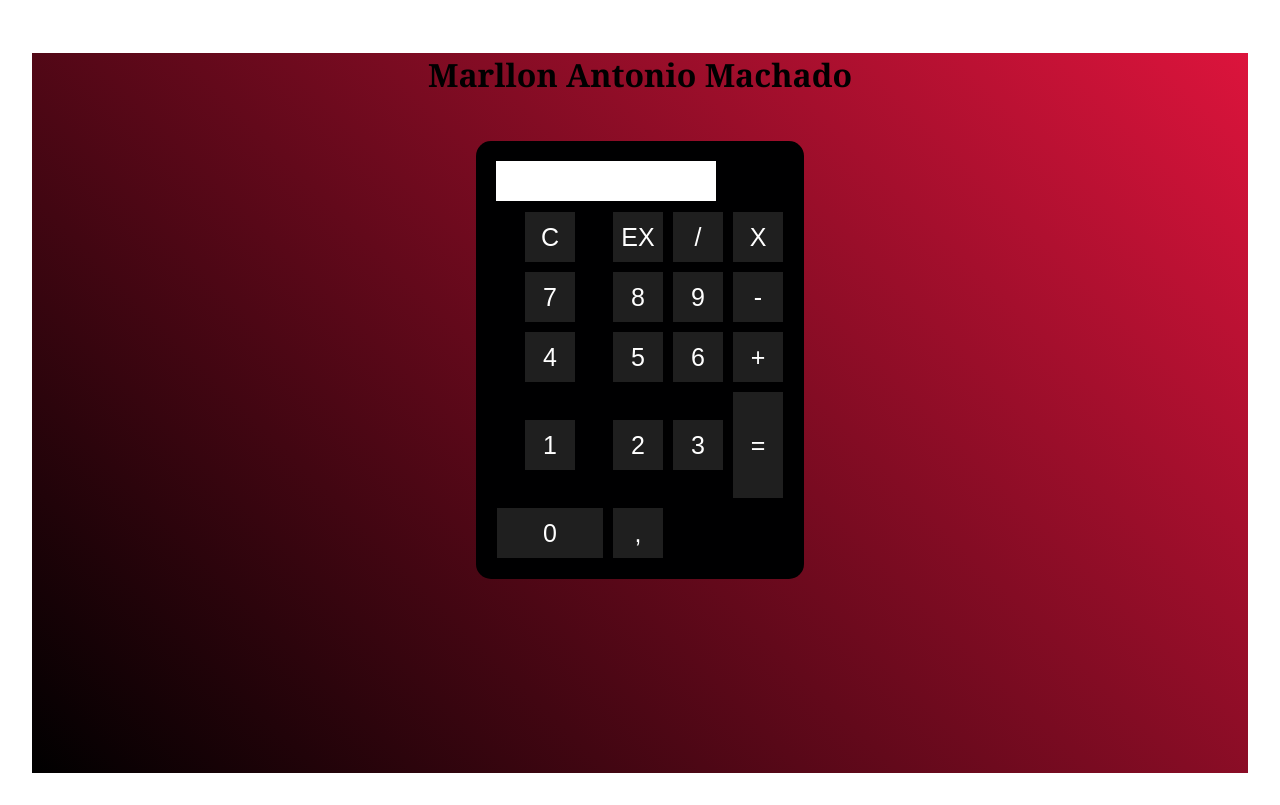
Repository: marllon-hetzler/calculadora.js
Page: interface.html
An editor plug-in stored every save of this project. The page is shown before and after the next save, followed by the edit.
The browser window is 1280 px wide. The pictures show the whole page.

Above is the page before, as saved 2022-11-04 19:52:10.

### interface.html
<!DOCTYPE html>
<html lang="en">
<head>
    <meta charset="UTF-8">
    <meta http-equiv="X-UA-Compatible" content="IE=edge">
    <meta name="viewport" content="width=, initial-scale=1.0">
    <title>Document</title>
</head>

    <style>
        body{
            margin: 1rem;
            padding: 1rem;
        }
        .fundo{
            background-image:linear-gradient(45deg,black,crimson);
            height:100vh;
            color: #fff;
            font-family: Georgia, 'Times New Roman', Times, serif;
            font-weight: bold;
            text-align: center;

        }
        .calculadora{
            position:absolute;
            background-color: rgba(0,0,0.8);
            top:50%;
            left: 50%;
            transform:translate(-50%,-50%) ;
            border-radius: 15px;
            padding: 15px;


        }
        .botao{
            width: 50px;
            height: 50px;
            font-size: 25px;
            cursor:pointer;
            background-color: rgb(31,31,31) ;
            border: none;
            color:#fff;
            margin: 3px;

            }
        .botao:hover{
            background-color: darkgray;
        }
        h1{color: black;}
        #resultado{
            background-color: white;
            width: 210px;
            height: 30px;
            margin: 5px;
            font-size: 25px;
            color: black;
            text-align: right;
            padding: 5px;
        }

    </style>
<body>


<div class="fundo">

    <h1>Marllon Antonio Machado</h1>
    <div class="calculadora">
        <p id="resultado"></p>
        <table>
            <tr>
                <td><button class ="botao" onclick="clean()">C</button></td>
                <td><button class ="botao" onclick="back()">EX</button></td>
                <td><button class ="botao" onclick="insert('/')">/</button></td>
                <td><button class ="botao" onclick="insert('*')">X</button></td>
            </tr>
            <tr>
                <td><button class ="botao" onclick="insert('7')">7</button></td>
                <td><button class ="botao" onclick="insert('8')">8</button></td>
                <td><button class ="botao" onclick="insert('9')">9</button></td>
                <td><button class ="botao" onclick="insert('-')">-</button></td>
            </tr>
            <tr>
                <td><button class ="botao" onclick="insert('4')">4</button></td>
                <td><button class ="botao" onclick="insert('5')">5</button></td>
                <td><button class ="botao" onclick="insert('6')">6</button></td>
                <td><button class ="botao" onclick="insert('+')">+</button></td>
            </tr>
            <tr>
                <td><button class ="botao" onclick="insert('1')">1</button></td>
                <td><button class ="botao" onclick="insert('2')">2</button></td>
                <td><button class ="botao" onclick="insert('3')">3</button></td>
                <td><button class ="botao" style="height:106px;" onclick="calcular()">=</button></td>
            </tr>
            <tr>
                <td><button class ="botao" style="width:106px ;" onclick="insert('0')">0</button></td>
                <td><button class ="botao" onclick="insert(',')">,</button></td>
            </tr>
        </table>
    </div>
    </div>
    <script>
        function insert(num)
        {
            var numero = document.getElementById('resultado').innerHTML;
            document.getElementById('resultado').innerHTML = numero + num;
        }
        function clean()
        {
            document.getElementById('resultado').innerHTML = "";
        }
        function back()
        {
            var resultado = document.getElementById('resultado').innerHTML;
            document.getElementById('resultado').innerHTML = resultado.substring(0, resultado.length -1);
        }
        function calcular()
        {
            var resultado = document.getElementById('resultado').innerHTML;
            if(resultado)
            {
                document.getElementById('resultado').innerHTML = eval(resultado);
            }
            else
            {
                document.getElementById('resultado').innerHTML = "Nada..."
            }
        }
    </script>
</body>
</html>

After the next save:
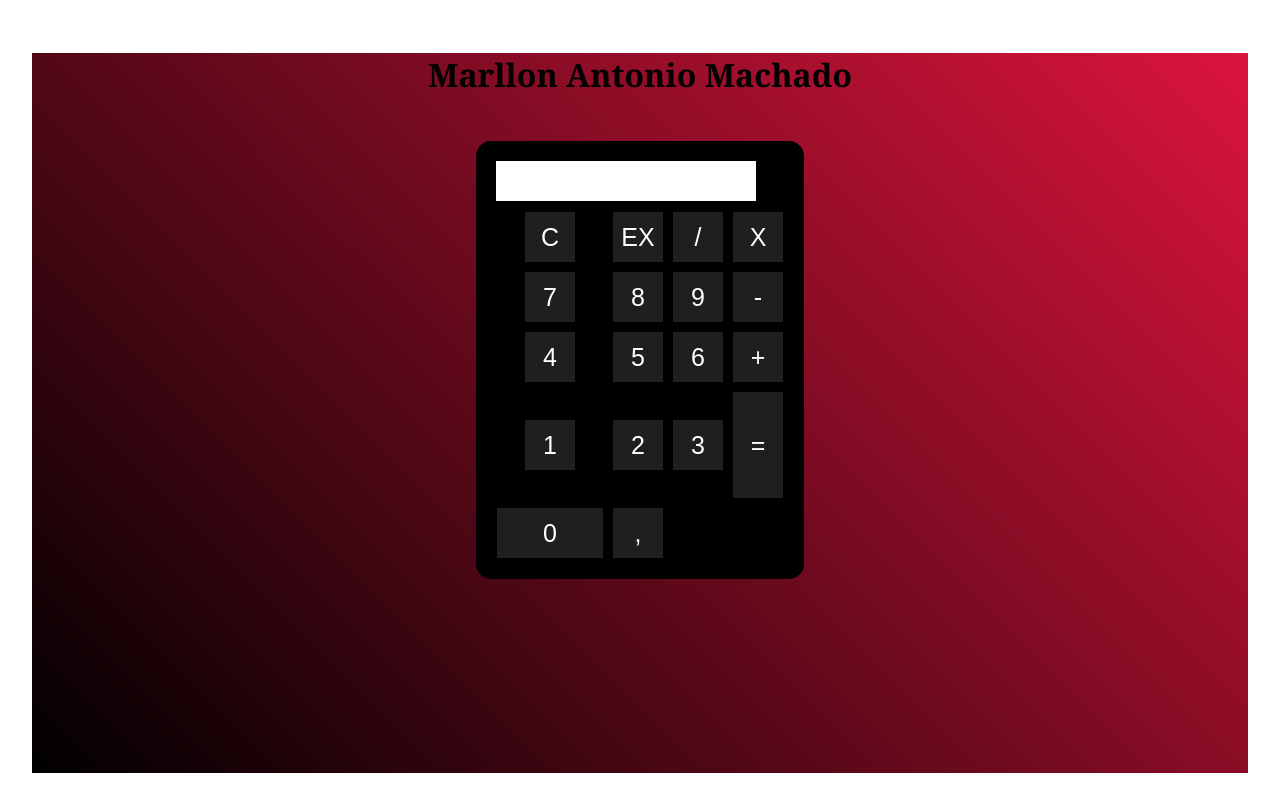
Saved 10 s later.
--- a/interface.html
+++ b/interface.html
@@ -49,7 +49,7 @@
         h1{color: black;}
         #resultado{
             background-color: white;
-            width: 210px;
+            width: 250px;
             height: 30px;
             margin: 5px;
             font-size: 25px;
